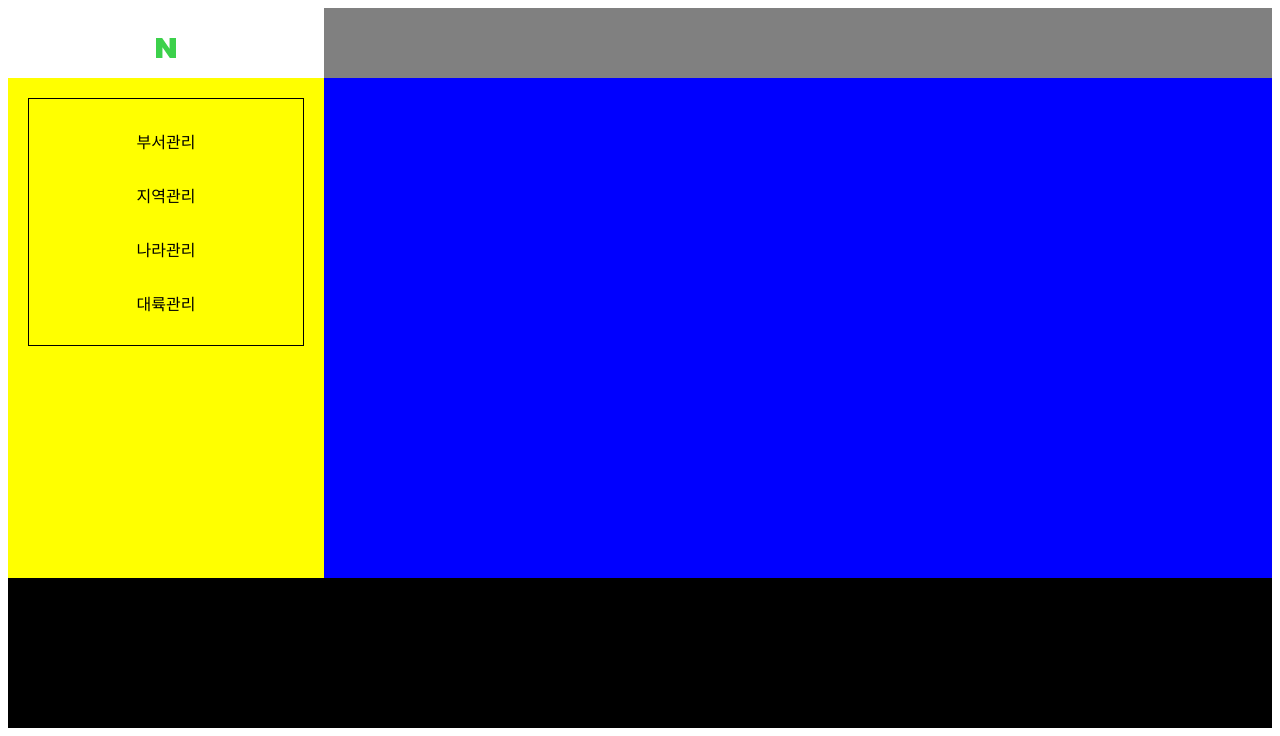
Repository: mireu930/Serverlet_App
Page: src/build/classes/webapp/template/layout.html
These files come from the project's save history. The page is drawn as it stood at one moment and after the next save; the edit follows.
The browser window is 1280 px wide. The pictures show the whole page.

Above is the page before, as saved 2025-02-07 12:00:28.

### src/build/classes/webapp/template/layout.html
<!DOCTYPE html>
<html lang="en">
<head>
  <meta charset="UTF-8">
  <meta name="viewport" content="width=device-width, initial-scale=1.0">
  <title>Document</title>
  <style>
    header {
  width: 100%;
  height: 70px;
  /* background-color: gray; */
}

.wrap_left{
  display: flex;
}

.left {
  width: 25%;
  height: 100%;

}

.right {
  width: 75%;
  height: 100%;
}

.logo {
  /* background-color:aqua; */
  box-sizing: border-box;
  /* padding: 20px 60px; */
}

.logo img {
  display: block;
  margin: 30px auto;
}

.menu {
  background-color:gray;

}

.content {
  width: 100%;
  height: 500px;
  /* background-color: red; */
}

.content_left {
  background-color:yellow;
  padding: auto 0;
}

.content_left ul {
  list-style: none;
  border: 1px black solid;
  margin: 20px;
  /* text-align: center; */
  padding: 0;
}

.content_left ul li {
  margin: 30px 0;
  /* border: 1px black solid; */
  display: block;
  text-align: center;
}

.content_right {
  background-color:blue
}

footer {
  width: 100%;
  height: 150px;
  background-color: black;
}
  </style>
</head>
<body>
  <header class = "wrap_left">
    <div class = "left logo" >
      <img src = "/naver_sports/images/네이버.svg">
    </div>
    <div class = "right menu">

    </div>
  </header>
  <section class = "wrap_left content">
    <div class = "left content_left">
      <ul>
        <li>부서관리</li>
        <li>지역관리</li>
        <li>나라관리</li>
        <li>대륙관리</li>
      </ul>
    </div>
    <div class = " right content_right">

    </div>
  </section>
  <footer class = "wrap_left">
    <div class = "left footer_left">

    </div>
    <div class = "right footer_right">

    </div>
  </footer>

</body>
</html>

After the next save:
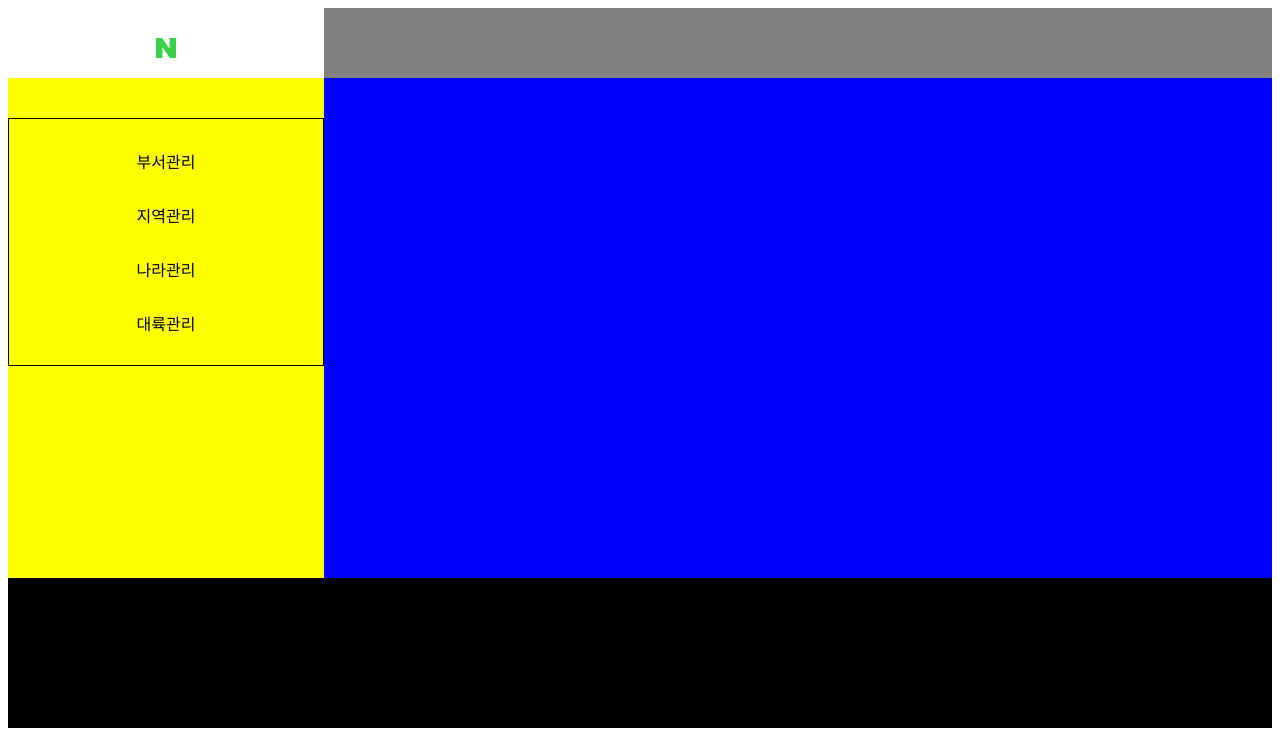
Saved 13 s later.
--- a/src/build/classes/webapp/template/layout.html
+++ b/src/build/classes/webapp/template/layout.html
@@ -56,7 +56,7 @@
 .content_left ul {
   list-style: none;
   border: 1px black solid;
-  margin: 20px;
+  margin: 40px 0;
   /* text-align: center; */
   padding: 0;
 }
